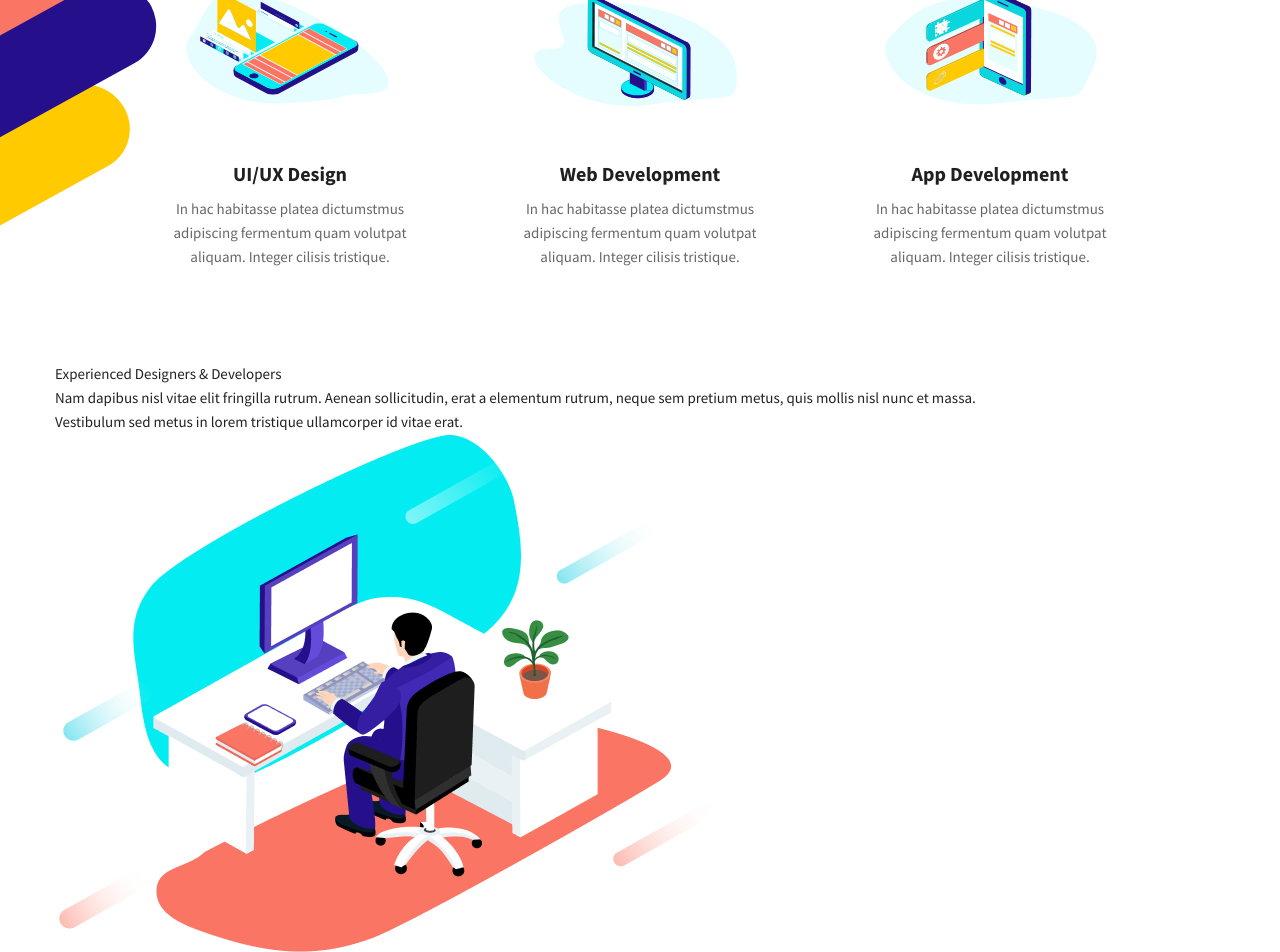
Repository: advert31337/marafon_from0to1_MartaUP
Page: index.html
An editor plug-in stored every save of this project. The page is shown before and after the next save, followed by the edit.
The browser window is 1280 px wide. The pictures show the part of the page from y = 1009 to 1961 px (the page is 1961 px tall before and 1953 px after).

Above is the page before, as saved 2020-03-08 10:01:11.

### index.html
<!DOCTYPE html>
<html lang="en">

<head>
    <meta charset="UTF-8">
    <meta name="viewport" content="width=device-width, initial-scale=1.0">
    <title>Marafon MartaUP</title>
    <link href="https://fonts.googleapis.com/css?family=Source+Sans+Pro:400,600,700&display=swap" rel="stylesheet">
    <link rel="stylesheet" href="css/reset.css">
    <link rel="stylesheet" href="css/slick.css">
    <link rel="stylesheet" href="css/style.css">
</head>

<body>
    <header class="header">

        <div class="container">
            <div class="header__top">

                <div class="logo">
                    <a href="#!">+
                        <img src="images/logo.svg" alt="">
                    </a>
                </div>

                <nav class="menu">
                    <ul class="menu__list">
                        <li><a class="menu__list-item" href="#">home</a></li>
                        <li><a class="menu__list-item" href="#">work</a></li>
                        <li><a class="menu__list-item" href="#">about</a></li>
                        <li><a class="menu__list-item" href="#">contact</a></li>
                    </ul>
                </nav>

                <div class="header-btn">
                    <a class="login" href="#">login</a>
                    <a class="sign-up" href="#">sign up</a>
                </div>

            </div>

            <div class="header-slider">
                <div class="header-slider__item">
                    <div class="header-slider__item-content">

                        <div class="header-slider__item-info">
                            <h3 class="header-slider__title">
                                We Build Apps & Websites
                                for Your Business
                            </h3>
                            <div class="header-slider__description">
                                For startups, For businesses & For you
                            </div>
                            <a href="" class="header-slider__btn">Request a quote</a>
                        </div>

                        <div class="header-slider__item-images">
                            <img src="images/slider-img.png" alt="">
                        </div>
                    </div>
                </div>


                <div class="header-slider__item">
                    <div class="header-slider__item-content">

                        <div class="header-slider__item-info">
                            <h3 class="header-slider__title">
                                We Build Apps & Websites
                                for Your Business
                            </h3>
                            <div class="header-slider__description">
                                For startups, For businesses & For you
                            </div>
                            <a href="" class="header-slider__btn">Request a quote</a>
                        </div>

                        <div class="header-slider__item-images">
                            <img src="images/slider-img.png" alt="">
                        </div>
                    </div>
                </div>


                <div class="header-slider__item">
                    <div class="header-slider__item-content">

                        <div class="header-slider__item-info">
                            <h3 class="header-slider__title">
                                We Build Apps & Websites
                                for Your Business
                            </h3>
                            <div class="header-slider__description">
                                For startups, For businesses & For you
                            </div>
                            <a href="" class="header-slider__btn">Request a quote</a>
                        </div>

                        <div class="header-slider__item-images">
                            <img src="images/slider-img.png" alt="">
                        </div>
                    </div>
                </div>


                <div class="header-slider__item">
                    <div class="header-slider__item-content">

                        <div class="header-slider__item-info">
                            <h3 class="header-slider__title">
                                We Build Apps & Websites
                                for Your Business
                            </h3>
                            <div class="header-slider__description">
                                For startups, For businesses & For you
                            </div>
                            <a href="" class="header-slider__btn">Request a quote</a>
                        </div>

                        <div class="header-slider__item-images">
                            <img src="images/slider-img.png" alt="">
                        </div>
                    </div>
                </div>


                <div class="header-slider__item">
                    <div class="header-slider__item-content">

                        <div class="header-slider__item-info">
                            <h3 class="header-slider__title">
                                We Build Apps & Websites
                                for Your Business
                            </h3>
                            <div class="header-slider__description">
                                For startups, For businesses & For you
                            </div>
                            <a href="" class="header-slider__btn">Request a quote</a>
                        </div>

                        <div class="header-slider__item-images">
                            <img src="images/slider-img.png" alt="">
                        </div>
                    </div>
                </div>
            </div>

        </div>

    </header>

    <section class="specialised">
        <div class="container">
            <div class="specialised__title title">
                We are specialised in
            </div>
            <div class="specialised__items">
                <div class="specialised__item">
                    <div class="specialised__item-img">
                        <img src="images/specialise-1.svg" alt="">
                    </div>

                    <div class="specialise__item-title">
                        UI/UX Design
                    </div>
                    <div class="specialise__item-text">
                        In hac habitasse platea dictumstmus adipiscing fermentum quam volutpat aliquam. Integer cilisis tristique.
                    </div>
                </div>
                <div class="specialised__item">
                    <div class="specialised__item-img">
                        <img src="images/specialise-2.svg" alt="">
                    </div>
                    <div class="specialise__item-title">
                        Web Development
                    </div>
                    <div class="specialise__item-text">
                        In hac habitasse platea dictumstmus adipiscing fermentum quam volutpat aliquam. Integer cilisis tristique.
                    </div>
                </div>
                <div class="specialised__item">
                    <div class="specialised__item-img">
                        <img src="images/specialise-3.svg" alt="">
                    </div>
                    <div class="specialise__item-title">
                        App Development
                    </div>
                    <div class="specialise__item-text">
                        In hac habitasse platea dictumstmus adipiscing fermentum quam volutpat aliquam. Integer cilisis tristique.
                    </div>
                </div>
            </div>
        </div>
    </section>

    <section class="advantages">
        <div class="container">
            <div class="advantages-box">
                <div class="advantages-box__info">
                    <div class="advantages-box__title">
                        Experienced Designers & Developers
                    </div>
                    <div class="advantages-box__text">
                        <p>
                            Nam dapibus nisl vitae elit fringilla rutrum. Aenean sollicitudin, erat a elementum rutrum, neque sem pretium metus, quis mollis nisl nunc et massa.
                        </p>
                        <p>
                            Vestibulum sed metus in lorem tristique ullamcorper id vitae erat.
                        </p>
                    </div>
                </div>

                <div class="advantages-box__img">
                    <img src="images/advantages-1.png" alt="">
                </div>
            </div>
        </div>
    </section>

    <footer>

    </footer>


    <script src="https://ajax.googleapis.com/ajax/libs/jquery/3.4.1/jquery.min.js"></script>
    <script src="js/slick.min.js"></script>
    <script src="js/main.js"></script>
</body>

</html>

### css/style.css
*{
    box-sizing: border-box;
}

body {
    font-family: 'Source Sans Pro', sans-serif;
    font-size: 15px;
    line-height: 24px;
}

a {
    text-decoration: none;
    color: inherit;
}
.header {
    background-image: url('../images/header-bg.jpg');
    min-height: 793px;
    background-repeat: no-repeat;
    background-size: cover;
    background-position: top center;
}

.container {
    max-width: 1200px;
    margin: 0 auto;
    padding: 0 15px 0 15px;

}

.header__top {
    display: flex;
    justify-content: space-between;
    height: 100px;
    align-items: center;
}

.menu__list {
    display: flex;
}

.menu__list li + li {
    padding-left: 50px;

}

.login {
    margin-right: 44px;
    color: #fff;
    text-transform: uppercase;
    font-weight: 600;
}

.menu__list a{
    opacity: 0.5;
    color: #fff;
    font-weight: 600;
    text-transform: uppercase;
    transition: all 0.5s;
}

.menu__list a:hover {
    opacity: 1;
}

.sign-up {
    text-transform: uppercase;
    color: #250f8a;
    font-weight: 600;
    background-color: #fff;
    padding: 8px 43px;
    border-radius: 20px;

}

.header-slider {
    padding-top: 111px;
}
.header-slider__item {

}
.header-slider__item-content {
    display: flex;
    justify-content: space-between;
}
.header-slider__item-info {
    max-width: 506px;
    color:#fff;
}
.header-slider__title {
    font-weight: 700;
    font-size: 45px;
    line-height: 60px;
    margin-bottom: 10px;
}
.header-slider__description {
    line-height: 55px;
    font-size: 24px;
    margin-bottom: 60px;
}
.header-slider__btn {
    font-weight: 600;
    text-transform: uppercase;
    color: #250F8A;
    padding: 13px 39px;
    background-color: #FFCA00;
    border-radius: 25px;
}
.header-slider__item-images {
    margin: 10px 82px 0 0;
}

.header-dots{
    list-style: none;
    position: absolute;
    right: 0;
    top: 50%;
}

.header-dots button {
    border: none;
    background-color: #fff;
    opacity: 0.5;
    font-size: 0;
    padding: 0;
    width: 7px;
    height: 7px;
    border-radius: 3.5px;
    cursor: pointer;
    outline: none;
    margin: 10px auto;
    display: block;
}

.header-dots .slick-active button{
    width: 15px;
    opacity: 1;
}

.specialised{
    padding: 55px 0 93px;
    background-image: url(../images/special-bg.svg);
    background-position: left bottom;
    background-repeat: no-repeat;
    color: #202020;
    text-align: center;
}

.specialised__title {
    margin-bottom: 96px;
}
.title {
    font-size: 35px;
    line-height: 45px;
    font-weight: 700;
    text-align: center;
}

.specialised__items {
    display: flex;
    justify-content: space-between;
    max-width: 980px;
    margin: 0 auto;

}
.specialised__item {
    width: 280px;
}
.specialised__item-img {
    margin-bottom: 23px;
    min-height: 159px;
}
.specialise__item-title {
    margin-bottom: 11px;
    font-size: 20px;
    font-weight: 700;
}
.specialise__item-text {
   padding: 0 10px;
   color: #272727;
   opacity: 0.7;
}

### js/main.js
$(function(){
    $('.header-slider').slick({
        arrows: false,
        vertical: true,
        dots: true,
        dotsClass: 'header-dots',
        autoplay: 2000,

    })
})

Loaded but not shown: css/reset.css (common file); css/slick.css (common file); js/slick.min.js (library)

After the next save:
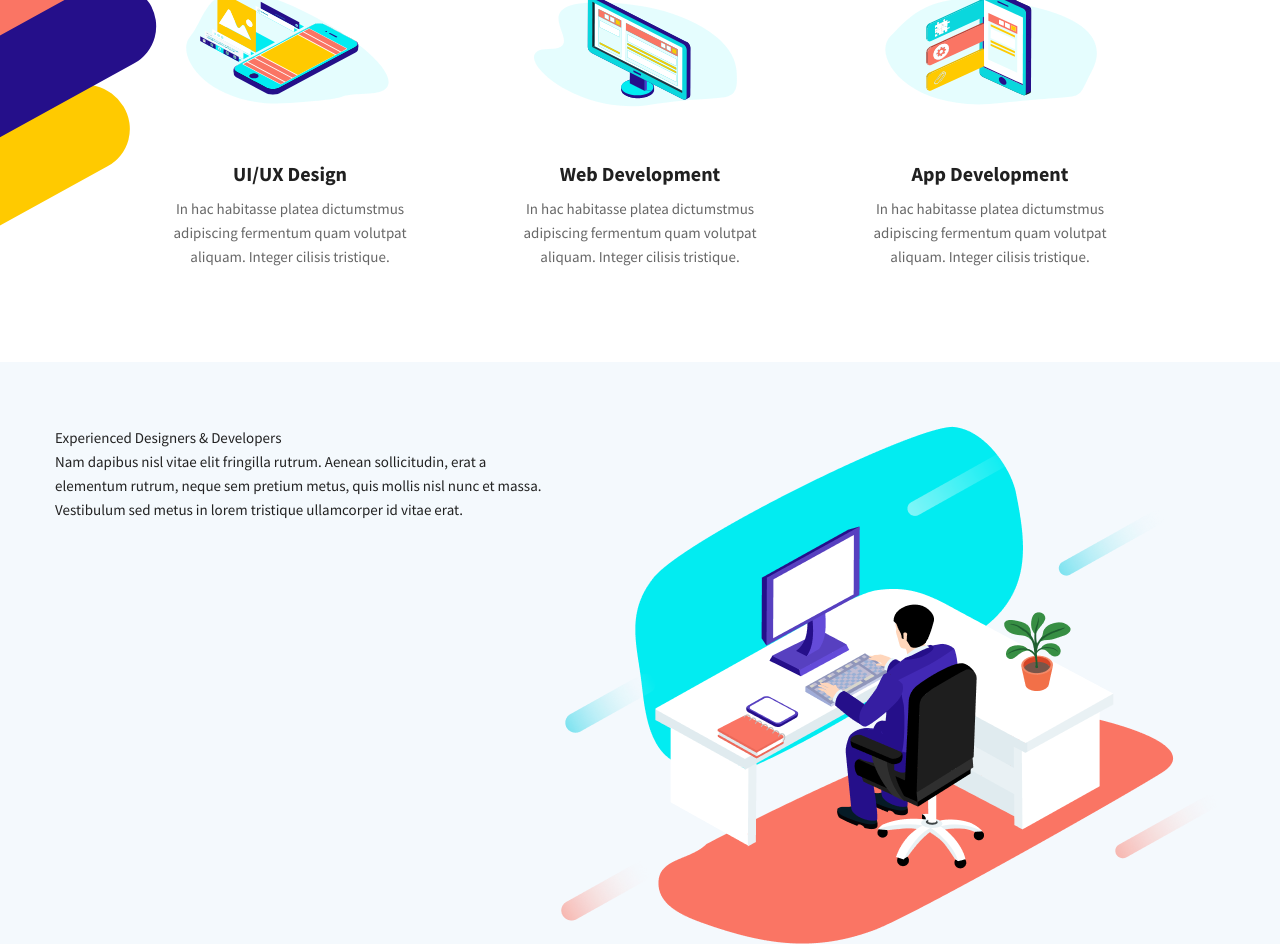
Saved 7 min 39 s later.
--- a/css/style.css
+++ b/css/style.css
@@ -179,3 +179,22 @@ a {
    color: #272727;
    opacity: 0.7;
 }
+
+
+.advantages {
+    padding-top: 64px;
+    background: #f4f9fd;
+}
+
+.advantages-box {
+    display: flex;
+    justify-content: space-between;
+}
+.advantages-box__info {
+}
+.advantages-box__title {
+}
+.advantages-box__text {
+}
+.advantages-box__img {
+}
